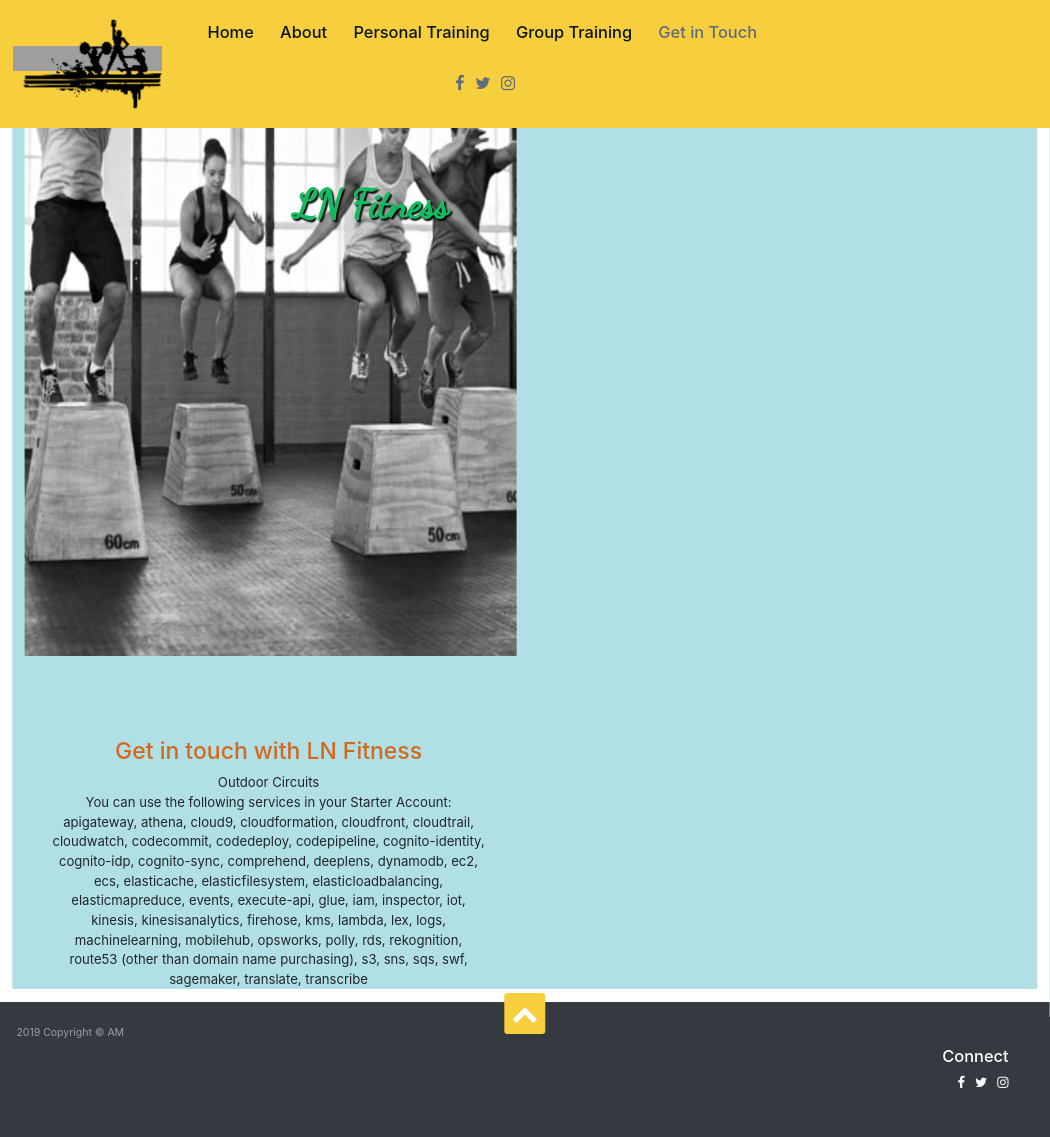
Repository: murphya14/Fitness-webpage
Page: get-in-touch.html
The author's editor kept a record of every edit. The page is drawn from the files as they stood at one moment, then again after the next edit.
The browser window is 1280 px wide. The pictures show the whole page, at 82% of full size.
Pictures or frames that could not be fetched are drawn as grey boxes.

Above is the page before.

### get-in-touch.html
<!DOCTYPE html>
<html lang="en">

<head>
  <meta charset="UTF-8">
  <meta name="viewport" content="width=device-width, initial-scale=1.0">
  <meta http-equiv="X-UA-Compatible" content="ie=edge">
  <link rel="stylesheet" href="assets/css/style.css" />
  <link rel="stylesheet" href="https://stackpath.bootstrapcdn.com/bootstrap/4.3.1/css/bootstrap.min.css" <link rel="stylesheet" href="https://stackpath.bootstrapcdn.com/font-awesome/4.7.0/css/font-awesome.min.css" type="text/css" />
  <link rel="shortcut icon" type="image/x-icon" href="assets/favicon.ico">
  <link rel="stylesheet" href="https://cdnjs.cloudflare.com/ajax/libs/font-awesome/4.7.0/css/font-awesome.min.css">
  <link rel="stylesheet" type="text/css" href="//fonts.googleapis.com/css?family=Dancing+Script" />
  <title>Home</title>
</head>

<body>



  <header>
    <!-- Logo and Nav bar-->
    <!-- Used help from Stack overflow: https://stackoverflow.com/questions/23949804/how-to-change-link-color-bootstrap-->


    <nav class=" container-fliud navbar navbar-expand-lg navbar-custom  fixed-top navbar-light topnav">
      <div><a class="logo " href="index.html">
          <img src="assets/images/logo.png" alt="logo">
        </a></div>


      <div>
        <div>
          <ul class="nav justify-content-center container-fluid">

            <li class="nav-item">
              <a class="nav-link" href="index.html">Home</a>
            </li>
            <li class="nav-item ">
              <a class="nav-link" href="about.html">About</a>
            </li>
            <li class="nav-item  ">
              <a class="nav-link" href="personal-training.html">Personal Training</a>
              <li class="nav-item ">
                <a class="nav-link" href="group-training.html">Group Training</a>
              </li>
              <li class="nav-item ">
                <a class="nav-link" id="active" href="get-in-touch.html">Get in Touch</a>
              </li>
          </ul>

        </div>
        <!-- Select menu for Nav bar for smaller devices-->

        <select id="select">
    <option value="index.html" >Home</div>
    <option value="about.html" >About</option>
    <option value="personal-training.html">Personal Training</option>
    <option value="group-training" >Group Training</option>
    <option value="get-in-touch" selected="selected">Get in Touch</option>
  </select>

        <!-- Social links-->

        <div class="row no-gutters">
          <div class="col">

            <div class="nav-link">

              <ul class="list-inline social-links">
                <li class="list-inline-item">
                  <a target="_blank" href="#">
                            <i class="fa fa-facebook" aria-hidden="true"></i>
                            <span class="sr-only">Facebook</span>
                        </a>
                </li>
                <li class="list-inline-item">
                  <a target="_blank" href="#">
                            <i class="fa fa-twitter" aria-hidden="true"></i>
                            <span class="sr-only">Twitter</span>
                        </a>
                </li>


                <li class="list-inline-item">
                  <a target="_blank" href="#">
                            <i class="fa fa-instagram" aria-hidden="true"></i>
                            <span class="sr-only">Instagram</span>
                        </a>
                </li>

              </ul>
            </div>
          </div>
        </div>

    </nav>


  </header>

  <!-- Container for main image -->

  <div class="container-fluid">
    <section class="section">



      <div class="row-no-gutters ">

        <div class="col-md-6 col-sm-3 main-image-contact image">
          <img src="assets/images/get-in-touch.jpg" alt="Jumping group">

          <h2 class="image-text">LN Fitness</h2>

  <!-- Content for section -->

    <h3 class="section-heading">Get in touch with LN Fitness</h3>








  <div class="transbox>
    <h3 class="box-heading"> Outdoor Circuits</h3>
    <div class="container">
      <p class="col-md-12 col-sm-12">You can use the following services in your Starter Account: apigateway, athena, cloud9, cloudformation, cloudfront, cloudtrail, cloudwatch, codecommit, codedeploy, codepipeline, cognito-identity, cognito-idp, cognito-sync, comprehend, deeplens,
        dynamodb, ec2, ecs, elasticache, elasticfilesystem, elasticloadbalancing, elasticmapreduce, events, execute-api, glue, iam, inspector, iot, kinesis, kinesisanalytics, firehose, kms, lambda, lex, logs, machinelearning, mobilehub, opsworks, polly,
        rds, rekognition, route53 (other than domain name purchasing), s3, sns, sqs, swf, sagemaker, translate, transcribe</p>
    </div>
  </div>
  </div>
</diV>




  </div>

  </div>




  </div>
  </div>
  </section>
  </div>




  <!-- footer-->

  <footer id="footer" class="container-fluid py-4 bg-dark text-white-50">
    <div class="row">

      <div class="col-sm-4 text-footer">
        <small>2019 Copyright &copy; AM</small></div>

      <div class="col-sm-4 "><a id="button"></a></div>


      <div class="col-sm-4">

        <!-- footer social media links-->
        <div class="footer-link">
          <h5 class="uppercase general-sub">Connect</h5>
          <ul class="list-inline social-links">
            <li class="list-inline-item">
              <a target="_blank" href="#">
                            <i class="fa fa-facebook" aria-hidden="true"></i>
                            <span class="sr-only">Facebook</span>
                        </a>
            </li>
            <li class="list-inline-item">
              <a target="_blank" href="#">
                            <i class="fa fa-twitter" aria-hidden="true"></i>
                            <span class="sr-only">Twitter</span>
                        </a>
            </li>


            <li class="list-inline-item">
              <a target="_blank" href="#">
                            <i class="fa fa-instagram" aria-hidden="true"></i>
                            <span class="sr-only">Instagram</span>
                        </a>
            </li>

          </ul>
        </div>

      </div>

  </footer>


  <!--------------Back to top button created with help from https://www.templatemonster.com/blog/back-to-top-button-css-jquery/--->
  <script src="https://code.jquery.com/jquery-3.4.1.slim.min.js"></script>
  <script src="https://cdnjs.cloudflare.com/ajax/libs/popper.js/1.15.0/umd/popper.min.js"></script>
  <script src="https://stackpath.bootstrapcdn.com/bootstrap/4.3.1/js/bootstrap.min.js"></script>


  <script>
    jQuery(document).ready(function() {

      var btn = $('#button');

      $(window).scroll(function() {
        if ($(window).scrollTop() > 300) {
          btn.addClass('show');
        }
        else {
          btn.removeClass('show');
        }
      });

      btn.on('click', function(e) {
        e.preventDefault();
        $('html, body').animate({ scrollTop: 0 }, '300');
      });

    });
  </script>




</body>

</html>

### assets/css/style.css
/*----------------------------------------------- Colours*/

.nav-link {
    color: #00ccff;
}

#active {
    color: #5F6C7A;
}

.navbar {
    background:#f7ce3e ;

}


li a:hover {
    color: #f7ce3e;
}

/*--------------------------------------------- General*/

body {font-size: 17px;
    font-family: "arial", sans-serif;
    margin: 0; padding: 0; overflow-x:hidden;
}

.center {
  display: block;
  margin-left: auto;
  margin-right: auto;
  width: 50%;
}


.inline-block {
    display: inline-block;
}







.highlight {color:#D2691E;
    padding:0;
    margin:0;
}








/*--------------------------------------------- Nav bar*/

nav ul {
    padding: 8px;
    margin-right: 0;
    display: block;
    font-size: 20px;
    font-weight: 600;



}

.logo {
    position: static;
    background: url("../images/rosie.jpg");
    background-position: center;
    background-repeat: no-repeat;
    margin-right:40px;
    padding-top: 10px;
    padding-left: 10px;
    min-height: 100px;
    transition: all .5s ease-in-out;
    -moz-transition: all .5s ease-in-out;
    -webkit-transition: all .5s ease-in-out;
    height: 10%;
    width: 25%;
}

.header {
    position: fixed;
    top: 0;
    left: 0;
    right: 0;
    background-color: #e84610;
    padding: 15px 25px;

}

nav select {
    display: none;
    background-color: #77C9D4;
    color: white;
    border: 1px solid #778899;
   position: relative;
   cursor: pointer;
   top: 100%;
  left: 0;
  right: 0;
  z-index: 99;

}

#select {color: #f7ce3e;
    background-color: #5F6C7A;
}


.nav-link
{color: #0A1612;
text-align: center;
padding: 8px;
    margin-right: 0;
    display: block;

    font-size:33;
    font-weight: 500;
    padding-left: 5px;
      transition: all 0.35s ease-in-out;
    -moz-transition: all 0.35s ease-in-out;
    -webkit-transition: all 0.35s ease-in-out;
    -o-transition: all 0.35s ease-in-out;
    max-width:100%;

}
/*-------------------------Social links*/
nav a {color:#5F6C7A;}

nav a:hover {
    color: white;
}

/*-------------------------------------------Section*/

/*-------------------------Section Image*/

.main-image {max-width:100%;
    height:100%;
    padding-left:0;
    padding-right:0;
    position: relative;
    transform: translate(0%, +10%);
 }

.image-text {
   position: absolute;
   top: 250px;
   left: 70%;
   width: 100%;
   color:#13BA61;
   font-family: "Dancing Script";
   font-size: 48px;
   font-variant: normal;
   font-weight: 700;
   line-height: 26.4px;
   text-shadow: 2px 2px 2px #000;
    transform: translate(-50%, -50%);
 }


/*------------------Index.html*/
 .section {background-color:#B0E0E6;
  text-align: center;


     max-width:100%;
 }

.section-heading {color: #D2691E;
            text-align: center;
            margin-top:100px;
}

.section-p {padding:12px;
margin:10px;
    padding-bottom: 50px;
;


}

.section-p-about {padding:15px;
    text-align: center;
     width:75%;
}



.free-link {text-align: center;
    font-weight: 700;
    background-color: #5F6C7A;
    font:white;
    padding:15px;
    margin:15px;
    border-radius:15px;

  bottom: 5px;
  right: 30px;
  transition: background-color .3s;
  z-index: 1000;
  position: relative;
   left: 50%;

     transform: translate(-50%,-50%);


}

.section-link {color:white;
 width:120px;


}


.section a:hover {color:#f7ce3e;
text-decoration:none;

}

/*------------------About.html*/


/* With help from https://www.w3schools.com/css/tryit.asp?filename=trycss_transparency*/

div.transbox {
  margin: 50px;

  background-color: #5F6C7A;
  border: none;
  opacity: 0.6;
  filter: alpha(opacity=60);
  padding: 10px;
}

div.transbox p {
  margin: 5%;
  font-weight: bold;
  color: #000000;
}

.box-heading {font-weight:700;
color:white;}


/*------------------personal-training.html*/

.col-md-10 {transform: translate(+5%,0);}

.transbox-testimony {height:400px;
    transform: translate(+8%,0);
}

.testimony {transform: translate(+12%, +12%);}

/*------------------group-trainig.html*/

iframe {transform: translate(+50%, 0%);}

.timetable-link {
transform: translate(-50%%,+40%);
    width: 25%;
}



/*--------------------------------------------- footer*/

#button {
  text-align: center;
  display: inline-block;
  background-color: #f7ce3e;
  width: 50px;

  border-radius: 4px;
  bottom: 10px;
  right: 30px;
  transition: background-color .3s;
  z-index: 1000;
  position: relative;
   left: 50%;

     transform: translate(-50%,-50%);


}


#button:hover {
  cursor: pointer;
  background-color: #333;
}
#button:active {
  background-color: #555;
}

#button::after {
  content: "\f077";
  font-family: FontAwesome;
  font-weight: normal;
  font-style: normal;
  font-size: 2em;
  line-height: 50px;
  color: #fff;
}

.footer-link
{color: white;
text-align: right;

    float: none;
    padding-bottom: 15px;
    padding-right: 30px;
    padding-top:30px;
    font-size:33;
    font-weight: 500;
    padding-left: 5px;
      transition: all 0.35s ease-in-out;
    -moz-transition: all 0.35s ease-in-out;
    -webkit-transition: all 0.35s ease-in-out;
    -o-transition: all 0.35s ease-in-out;

}

footer a {color:white;}

 footer  a:hover {
    color: #f7ce3e;
}

.text-footer {float: left;
padding-bottom: 5px;
text-align: left;

}

#footer { min-height: 120px;

    margin: 0;
    padding: 20px;
    max-width:100%;}



/*------------- Responsive design*/

/* Extra small devices (phones, 600px and down) */


@media only screen and (max-width: 600px) {

/*------------------------------------- Changing the menu to a select bar for smaller screens*/
  .topnav {display: none;
    }
    nav select {
        display: inline-block;
        width: 55%;
        height: 25%;
          border-radius: 4px;
        position: left;
    }
    .nav-item {
        display: none;
    }
    .logo {
        position: right;
        height: 80%;
    }
}






/* Small devices (portrait tablets and large phones, 600px and up) */

@media only screen and (min-width: 600px) {}

/* Medium devices (landscape tablets, 768px and up) */

@media only screen and (min-width: 768px) {
.section-p-about {  transform: translate(25%, 0);}
}

/* Large devices (laptops/desktops, 992px and up) */

@media only screen and (min-width: 992px) {
    ...
}

/* Extra large devices (large laptops and desktops, 1200px and up) */

@media only screen and (min-width: 1200px)
}

After the next edit:
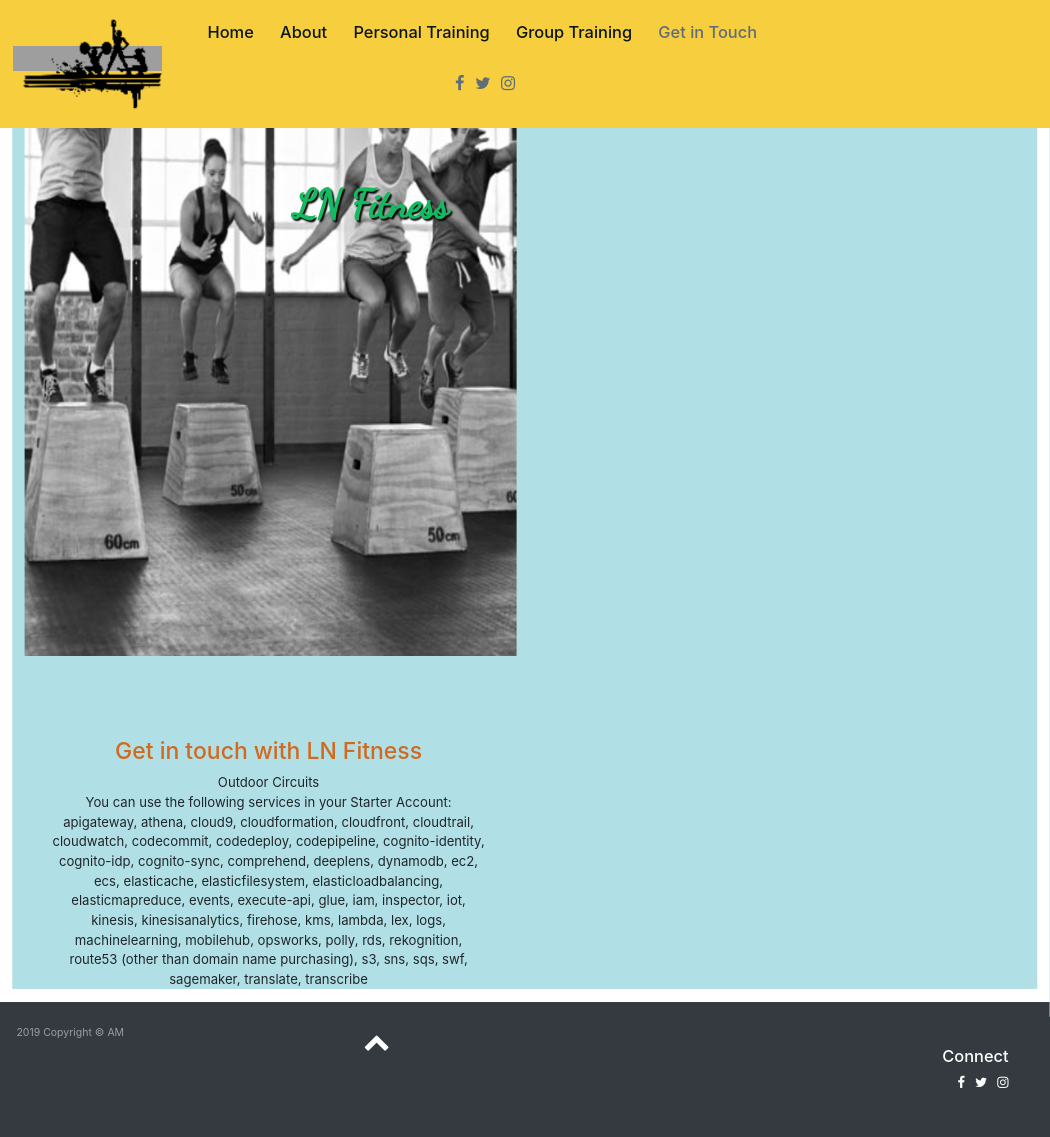
The edit:
--- a/assets/css/style.css
+++ b/assets/css/style.css
@@ -270,6 +270,8 @@ transform: translate(-50%%,+40%);
 }
 
 
+
+.main-image-contact
 
 /*--------------------------------------------- footer*/
 
